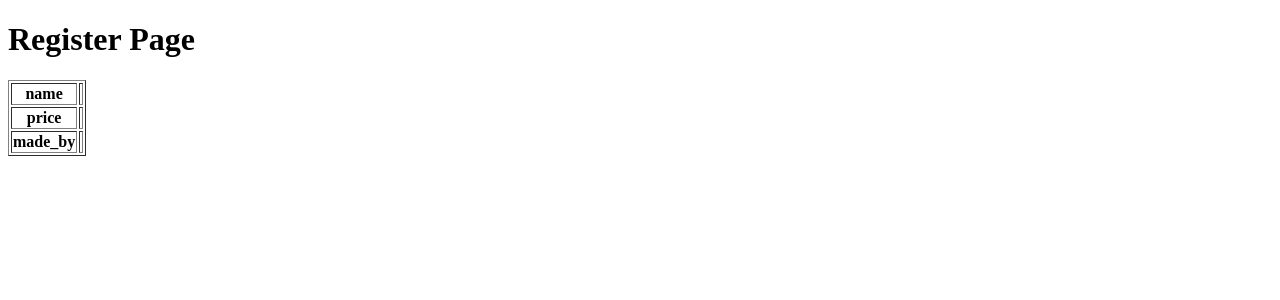
Repository: dhalfks/jsp
Page: http://localhost/jsp_product/product/register.jsp
The author's editor kept a copy of each file at every save. The page is drawn from the files as they stood at one save, then again after the next save.
The browser window is 1280 px wide. The pictures show the whole page.
The page is served by Tomcat 9. Nobody is signed in. The application's start-up code is not run.

Above is the page before, as saved 2022-08-30 02:56:25.

After the next save:
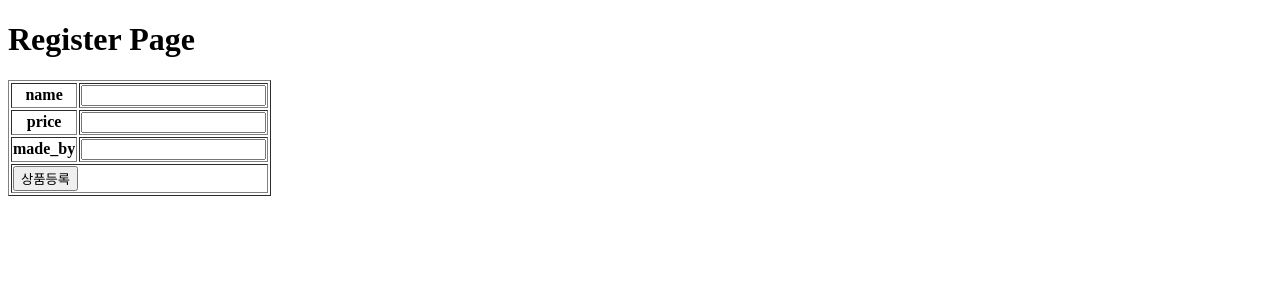
Saved 2 min 50 s later.
--- a/_jsp3_workspace(mapperx)/jsp_product/src/main/webapp/product/register.jsp
+++ b/_jsp3_workspace(mapperx)/jsp_product/src/main/webapp/product/register.jsp
@@ -12,15 +12,20 @@
 	<table border="1">
 	<tr>
 		<th>name</th>
-		<td></td>
+		<td><input type="text" name="pname"></td>
 	</tr>
 	<tr>
 		<th>price</th>
-		<td></td>
+		<td><input type="number" name="price"></td>
 	</tr>
 	<tr>
 		<th>made_by</th>
-		<td></td>
+		<td><input type="text" name="made_by"></td>
+	</tr>
+	<tr>
+		<td colspan="2">
+			<button type="submit">상품등록</button>
+		</td>
 	</tr>
 	</table>
 </form>
